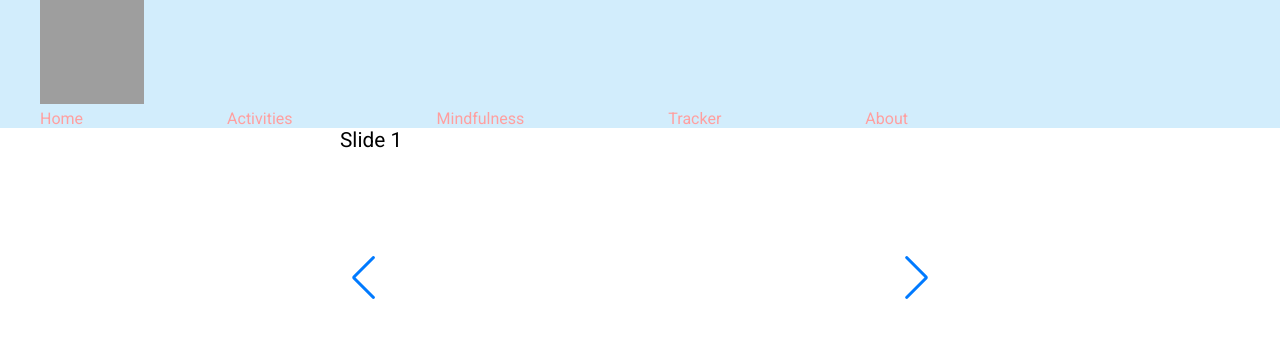
Repository: Nafisa-Huda/HealthierMind
Page: public/mindfulness.html
The author's editor kept a copy of each file at every save. The page is drawn from the files as they stood at one save, then again after the next save.
The browser window is 1280 px wide. The pictures show the whole page.
Pictures or frames that could not be fetched are drawn as grey boxes. Some web fonts or font styles are not loaded; a fallback is used.

Above is the page before, as saved 2022-07-13 14:42:05.

After the next save:
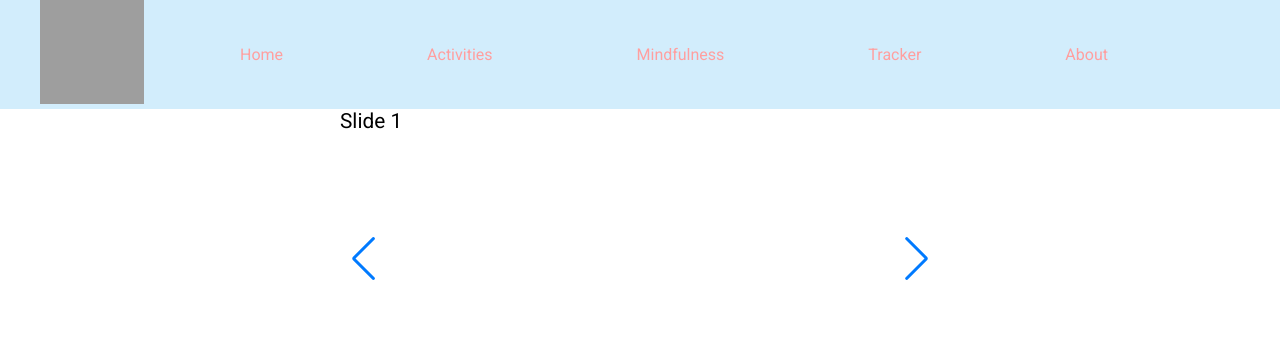
Saved 16 s later.
--- a/public/css/mindfulness.css
+++ b/public/css/mindfulness.css
@@ -94,6 +94,12 @@ header{
   .main {
     height: 100vh;
   }
+  .row {
+    display: flex;
+    justify-content: space-between;
+    align-items: center;
+    width: 100%;
+  }
 .swiper {
     width: 600px;
     height: 300px;
